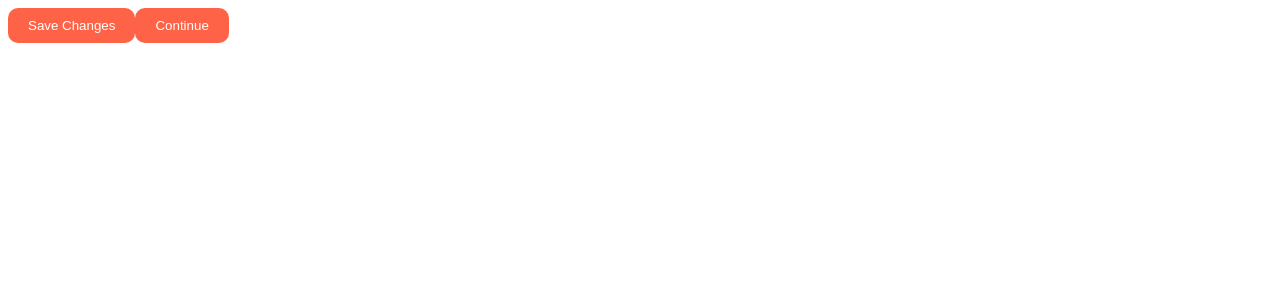
Repository: Leeminsu67/react-principle-study
Page: props.html
These files come from the project's save history. The page is drawn as it stood at one moment and after the next save; the edit follows.
The browser window is 1280 px wide. The pictures show the whole page.

Above is the page before, as saved 2024-08-01 19:44:18.

### props.html
<!DOCTYPE html>
<html lang="ko">
  <body>
    <div id="root"></div>
  </body>
  <script src="https://unpkg.com/react@17.0.2/umd/react.production.min.js"></script>
  <script src="https://unpkg.com/react-dom@17.0.2/umd/react-dom.production.min.js"></script>
  <script src="https://unpkg.com/@babel/standalone/babel.min.js"></script>
  <script type="text/babel">
    function Btn({ text }) {
      return (
        <button
          style={{
            backgroundColor: "tomato",
            color: "white",
            padding: "10px 20px",
            border: 0,
            borderRadius: 10,
          }}
        >
          {text}
        </button>
      );
    }
    function ConfirmBtn() {
      return (
        <button
          style={{
            backgroundColor: "tomato",
            color: "white",
            padding: "10px 20px",
            border: 0,
            borderRadius: 10,
          }}
        >
          Confirm
        </button>
      );
    }
    // App 컴포넌트
    const App = () => {
      return (
        <div>
          <Btn text="Save Changes" />
          <Btn text="Continue" />
        </div>
      );
    };

    const root = document.getElementById("root");
    ReactDOM.render(<App />, root);
  </script>
</html>

After the next save:
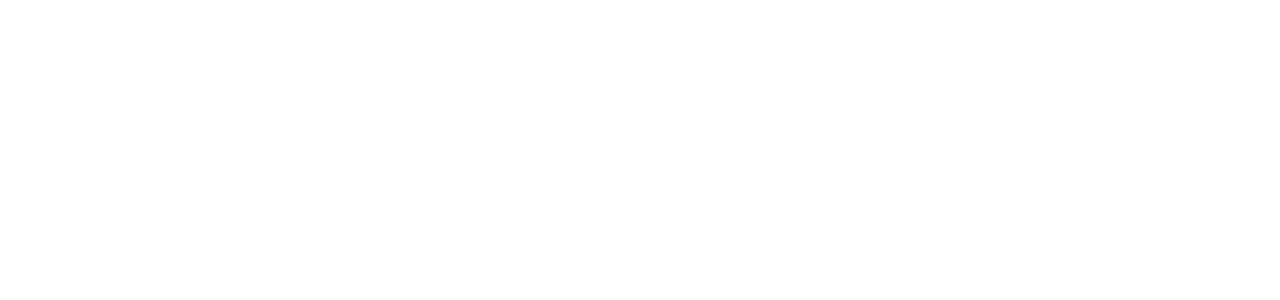
Console error: ReferenceError: text is not defined
Saved 36 s later.
--- a/props.html
+++ b/props.html
@@ -7,7 +7,7 @@
   <script src="https://unpkg.com/react-dom@17.0.2/umd/react-dom.production.min.js"></script>
   <script src="https://unpkg.com/@babel/standalone/babel.min.js"></script>
   <script type="text/babel">
-    function Btn({ text }) {
+    function Btn(props) {
       return (
         <button
           style={{

After the 2 saves that followed:
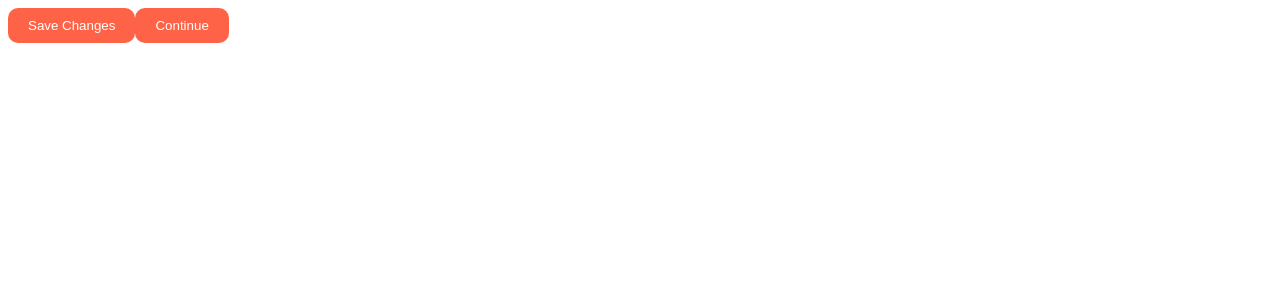
The error is gone.
The 2 saves are shown as one change because 1 left the picture as it was.
The last was saved 42 s later.
--- a/props.html
+++ b/props.html
@@ -18,7 +18,7 @@
             borderRadius: 10,
           }}
         >
-          {text}
+          {props.text}
         </button>
       );
     }
@@ -39,6 +39,7 @@
     }
     // App 컴포넌트
     const App = () => {
+      // Btn({text:"Save Changes"});
       return (
         <div>
           <Btn text="Save Changes" />
